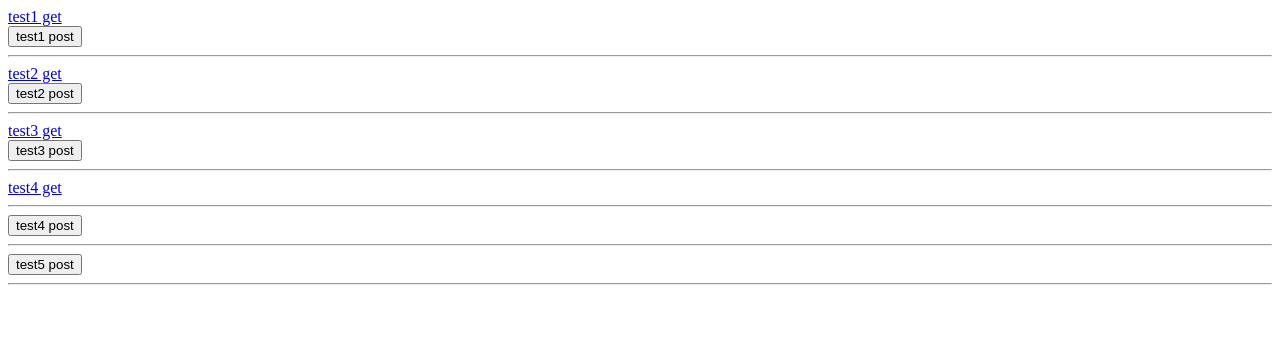
Repository: heojun0827/SpringMvc
Page: http://localhost/RequestMethod/WEB-INF/views/index.jsp
An editor plug-in stored every save of this project. The page is shown before and after the next save, followed by the edit.
The browser window is 1280 px wide. The pictures show the whole page.
The page is served by Tomcat 9. Nobody is signed in. The template is opened directly, without the code that normally fills it, so the values that code supplies are empty.

Above is the page before, as saved 2023-06-05 05:35:26.

After the next save:
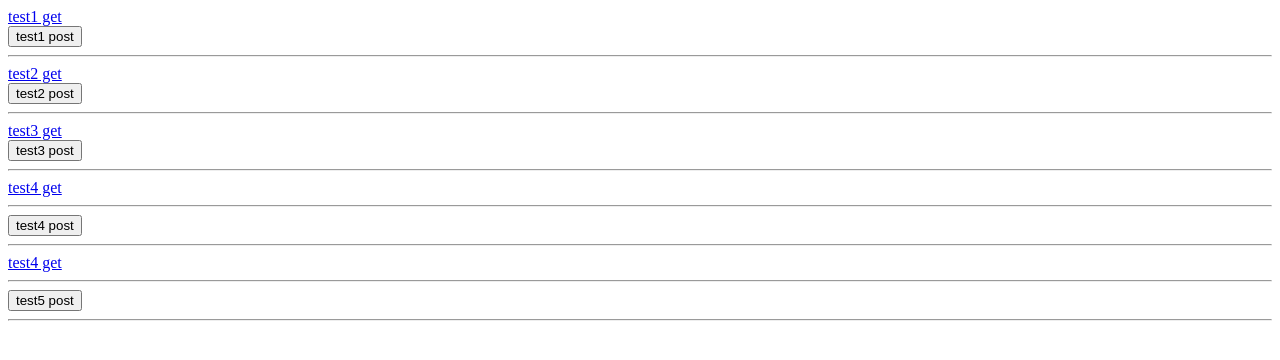
Saved 10 s later.
--- a/RequestMethod/WebContent/WEB-INF/views/index.jsp
+++ b/RequestMethod/WebContent/WEB-INF/views/index.jsp
@@ -27,6 +27,7 @@
 			<button type='submit'>test4 post</button>
 		</form><hr>
 
+	<a href='test4'>test4 get</a><hr>
 		<form action='test5' method='post'>
 			<button type='submit'>test5 post</button>
 		</form><hr>
